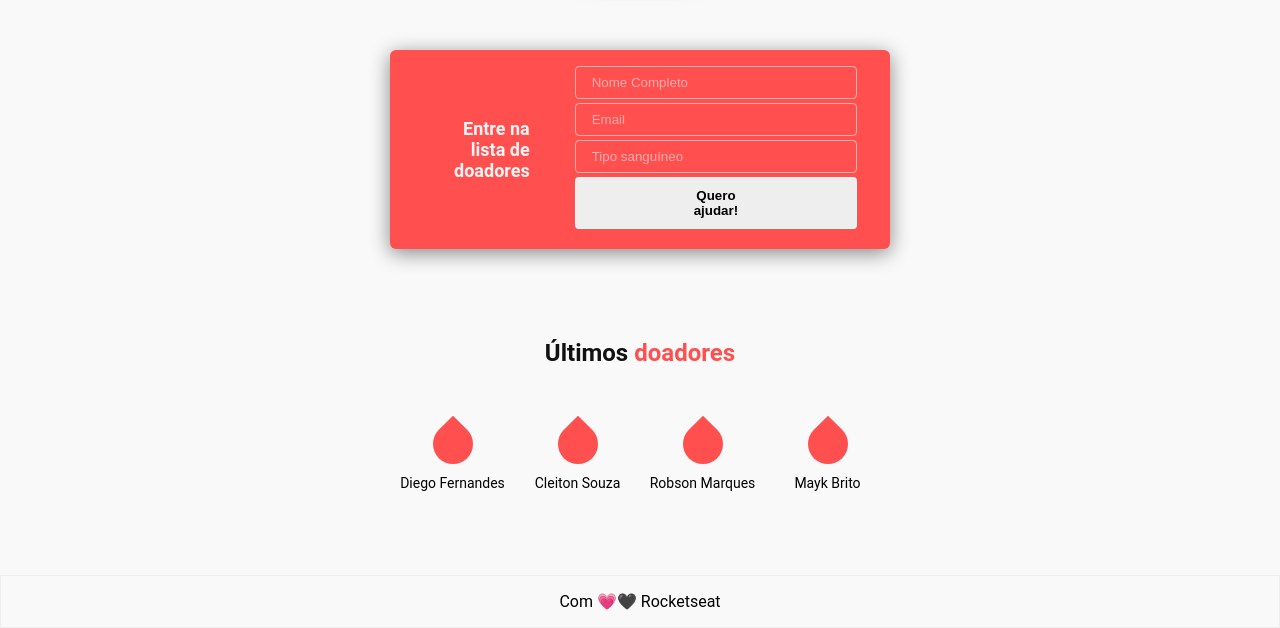
Repository: lucas-silva-dev/Doe
Page: index.html
An editor plug-in stored every save of this project. The page is shown before and after the next save, followed by the edit.
The browser window is 1280 px wide. The pictures show the part of the page from y = 459 to 1087 px (the page is 1087 px tall before and 1072 px after).
The first visible `form button` is being pressed.
A picture or video elsewhere on the page could not be fetched, so the positions and the page height are approximate. Some web fonts or font styles are not loaded; a fallback is used.

Above is the page before, as saved 2020-02-18 17:37:47.

### index.html
<!DOCTYPE html>
<!-- HTML
  HYPERTEXT
    Texto que contém links para outros documentos

  MARKUP
    Texto conterá marcações
    <tags>

  LANGUAGE
    Para comunicar de certa maneira. Sintaxe específica
-->
<html>

<head>
  <!-- são as configurações da minha página-->
  <title>Doe sangue! Doe vida!</title>

  <link rel="stylesheet" href="style.css">
  <link href="https://fonts.googleapis.com/css?family=Asap|Asap+Condensed&display=swap" rel="stylesheet">

</head>

<body>
  <!-- Aqui vem todo conteúdo visível para o usuário, dentro de certa página-->
  <header>
    <img class="logo" src="logo.png" alt="Imagem de DOE">
    <h2>A sua doação importa</h2>
    <p>Até 3 vidas com 1 doação</p>
    <p>Mais de 38.00 doações são necessárias todos os dias</p>
    <p>Apenas 1.9% da população brasileira, doa sangue</p>
    <button>Quero ajudar!</button>
  </header>

  <section class="form">
    <h2>Entre na lista de doadores</h2>
    <form action="/">
      <input type="text" name="name" placeholder="Nome Completo">
      <input type="text" name="email" placeholder="Email">
      <input type="text" name="blood" placeholder="Tipo sanguíneo">
      <button type="submit">Quero ajudar!</button>
    </form>
  </section>

  <main>
    <h2>Últimos <span>doadores</span></h2>

    <section class="donors">
      <div class="donor">
        <div class="blood">AB+</div>
        <p>Diego Fernandes</p>
      </div>
      <div class="donor">
        <div class="blood">B+</div>
        <p>Cleiton Souza</p>
      </div>
      <div class="donor">
        <div class="blood">A+</div>
        <p>Robson Marques</p>
      </div>
      <div class="donor">
        <div class="blood">O+</div>
        <p>Mayk Brito</p>
      </div>
    </section>
  </main>

  <footer> Com 💗🖤 Rocketseat</footer>
  <script src="scripts.js"></script>
</body>

</html>

### style.css
/*
  CASCADING STYLESHEET
*/

/* GLOBAL */
* {
  /* corrigindo comportamento padrão css */
  box-sizing: border-box;
}

html,
body {
  margin: 0;
  box-sizing: border-box;
}

body {
  display: flex;
  flex-direction: column;
  height: 100vh;

  font-family: "Roboto", sans-serif;
  background-color: #f9f9f9;
}

h1,
h2 {
  color: #000e;
}

/* TITULOS */
header h1,
main h2 {
  margin-bottom: 70px;
}

main h2 span {
  color: #ff4f4f;
}

.form h2 {
  text-align: right;
  color: #fffe;
  font-size: 18px;
}

/* ESTRUTURA */
header,
main,
footer {
  /* alinhamento de textos */
  text-align: center;
}

header,
.form,
main {
  /* espaçamentos com margin */
  margin: 0 auto 70px;

  /* limites dos elementos */
  width: 90%;
  max-width: 500px;
}

/* HEADER */

header button {
  margin-top: 16px;
  padding: 8px 16px;
  border-radius: 4px;
  border: none;

  background-color: #ff4f4f;
  color: #fff;
  font-weight: bold;
  box-shadow: 0px 4px 20px 0 #0004;
}

header button:active {
  background-color: #ff4f2f;
  padding: 12px 20px;
}

.logo {
  width: 120px;
  margin: 70px 0;
}

header p {
  font-size: 14px;
}

/* FORM */
section.form {
  display: grid;
  grid-template-columns: 1fr 1fr;
  align-items: center;
  gap: 45px;

  background-color: #ff4f4f;
  padding: 16px 64px;
  border-radius: 6px;
  box-shadow: 0px 4px 20px 0 #0007;
}

form input,
form button {
  /* largura */
  width: 100%;

  /* espaçamentos */
  margin-bottom: 4px;

  /* preenchimento */
  padding: 8px 16px;

  /* bordas */
  border-radius: 4px;
  border: 1px #fff8 solid;
}

form input {
  background-color: transparent;
  color: #fff;
}

form input::placeholder {
  color: #fff8;
}

form button {
  font-weight: bold;
  background-color: #fffe;
}

form button:active {
  background-color: #eee;
  padding: 10px 118px;
}

/* MAIN */
main .donors {
  display: grid;
  grid-template-columns: 1fr 1fr 1fr 1fr;
}

.blood {
  color: #ff4f4f;
  font-weight: bold;
  font-size: 12px;
  display: flex;
  align-items: center;
  justify-content: center;

  position: relative;
}

.blood::before {
  content: "";
  /* background-color: #ff4f4f11; */
  background-color: #ff4f4f;
  width: 40px;
  height: 40px;

  position: absolute;
  /*gotinha*/
  border-radius: 50%;
  border-top-right-radius: 0;
  transform: rotate(-45deg);
}

.donor p {
  margin-top: 24px;
  font-size: 14px;
}

/* footer*/
footer {
  margin-top: auto;
  padding: 16px;

  border: 1px solid #eee;
}

/* funcionalidades com javascript */

section.form {
  transition: all 400ms;
}

section.form.hide {
  opacity: 0;
  visibility: hidden;
  height: 0;
  margin-top: -70px;
}

### scripts.js
document.querySelector("header button").addEventListener("click", function() {
  document.querySelector(".form").classList.toggle("hide");
});

After the next save:
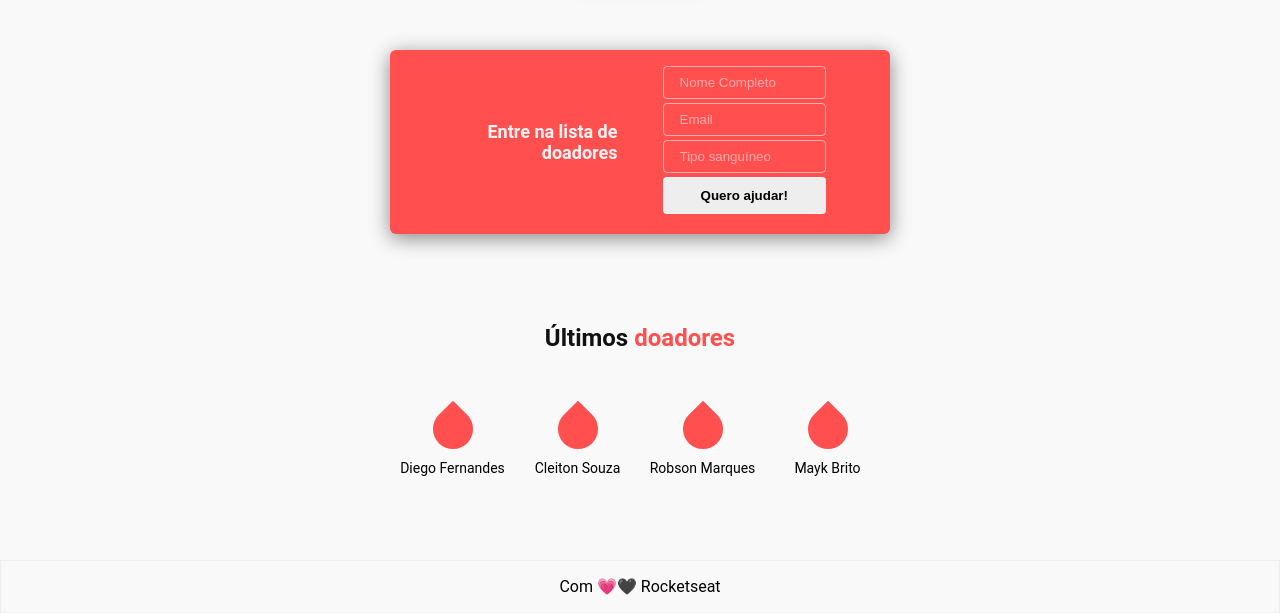
Saved 6 s later.
--- a/style.css
+++ b/style.css
@@ -136,7 +136,7 @@ form button {
 
 form button:active {
   background-color: #eee;
-  padding: 10px 118px;
+  padding: 10px 18px;
 }
 
 /* MAIN */
